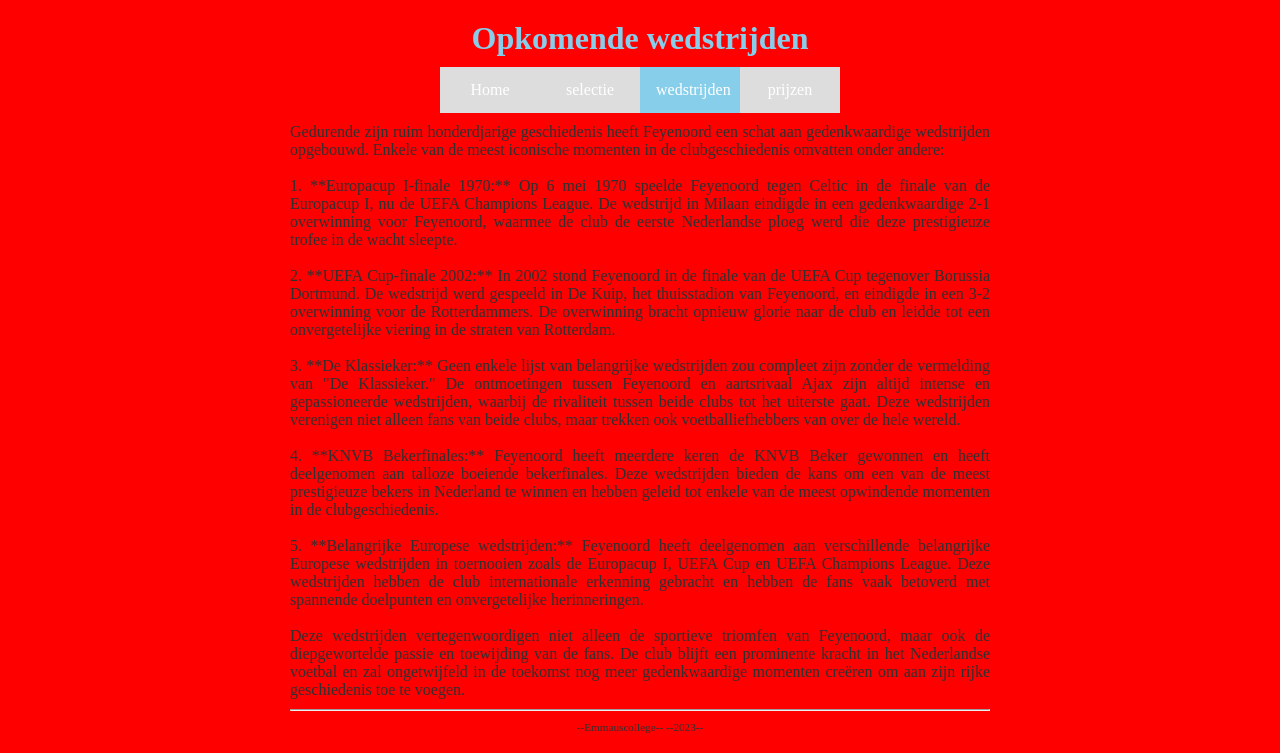
Repository: Manoize/ManoIze
Page: info.html
The author's editor kept a copy of each file at every save. The page is drawn from the files as they stood at one save, then again after the next save.
The browser window is 1280 px wide. The pictures show the whole page.

Above is the page before, as saved 2023-10-24 10:19:38.

After the next save:
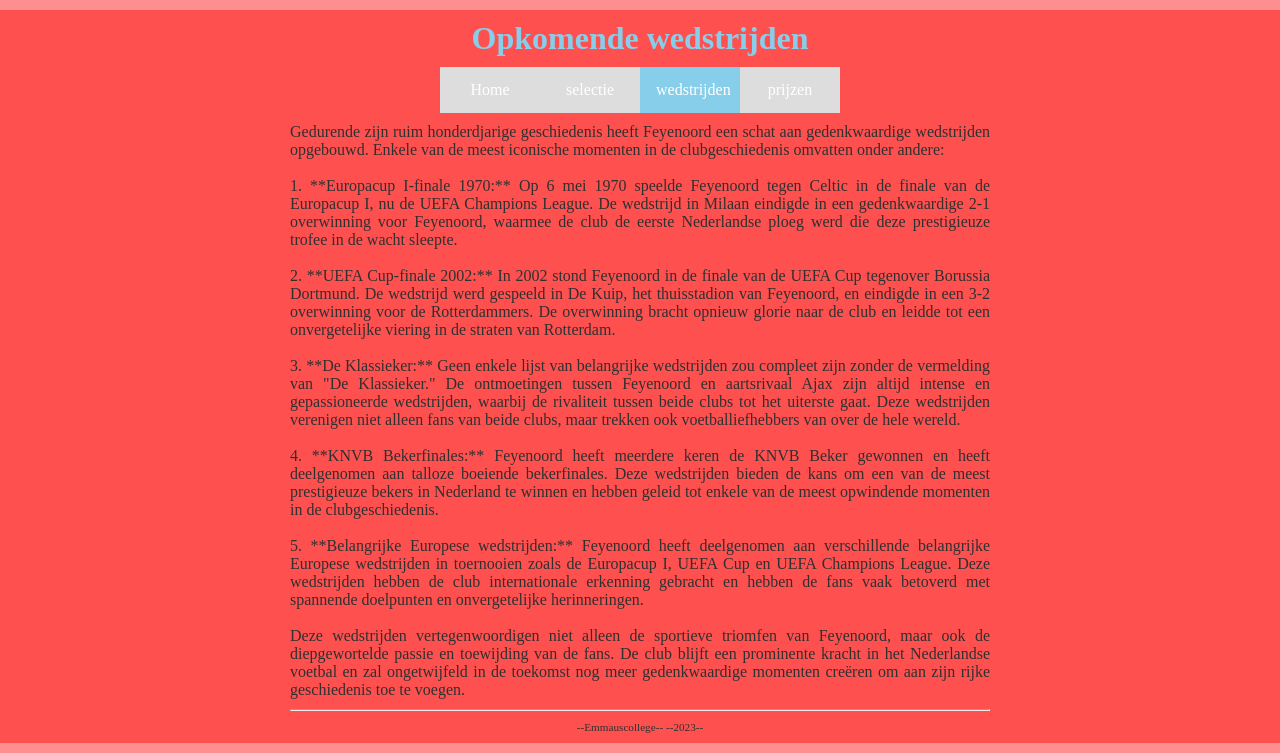
Saved 30 s later.
--- a/style.css
+++ b/style.css
@@ -20,7 +20,7 @@
 
 html, body {                      /* geldt voor html en body */
   margin: 0px;                    /* standaard marge 0 */
-  background-color: #ff0000;    /* achtergrondkleur lichtgrijs */
+  background-color: #ff000070;    /* achtergrondkleur lichtgrijs */
   color: #303030;               /* tekstkleur donkergrijs */
 }
 
